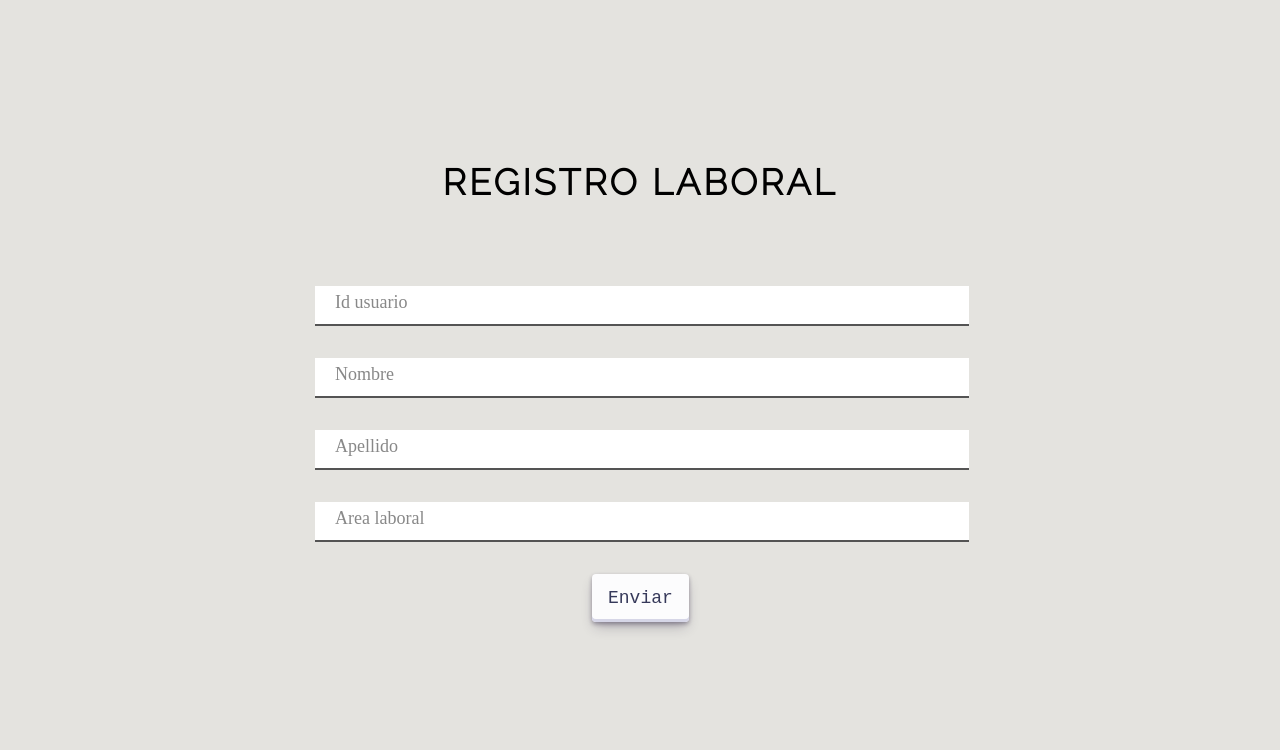
Repository: Alejandr0Aceved0/AWS_SERVICES_AND_INSTANCES
Page: register.html
The author's editor kept a copy of each file at every save. The page is drawn from the files as they stood at one save, then again after the next save.
The browser window is 1280 px wide. The pictures show the whole page.
Some web fonts or font styles are not loaded; a fallback is used.

Above is the page before, as saved 2024-10-17 16:40:29.

After the next save:
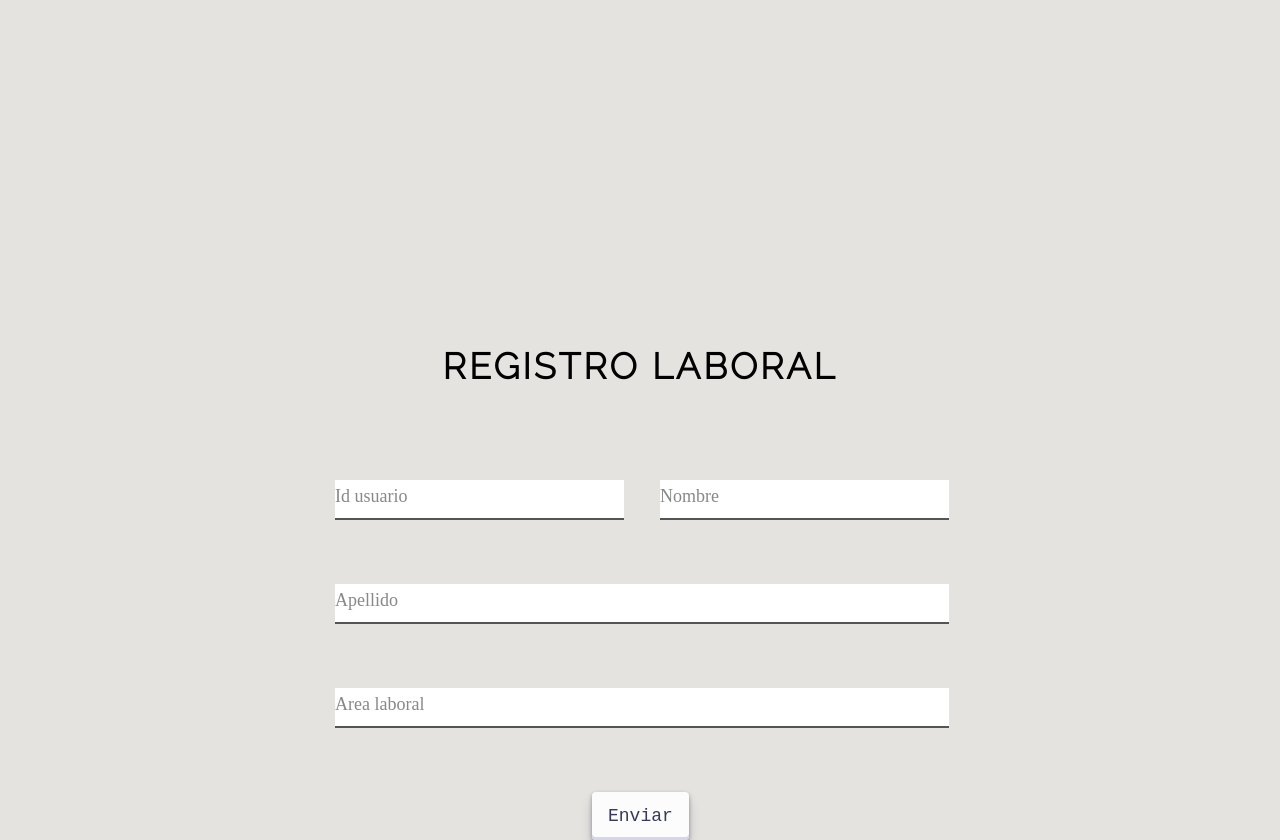
Saved 3 min 58 s later.
--- a/register.html
+++ b/register.html
@@ -14,7 +14,7 @@
 
     <section class="get-in-touch">
         <h1 class="title">Registro Laboral</h1>
-        <form class="contact-form ">
+        <form class="contact-form row">
            <div class="form-field col x-50">
               <input id="name" class="input-text js-input" type="text" required>
               <label class="label" for="name">Id usuario</label>
